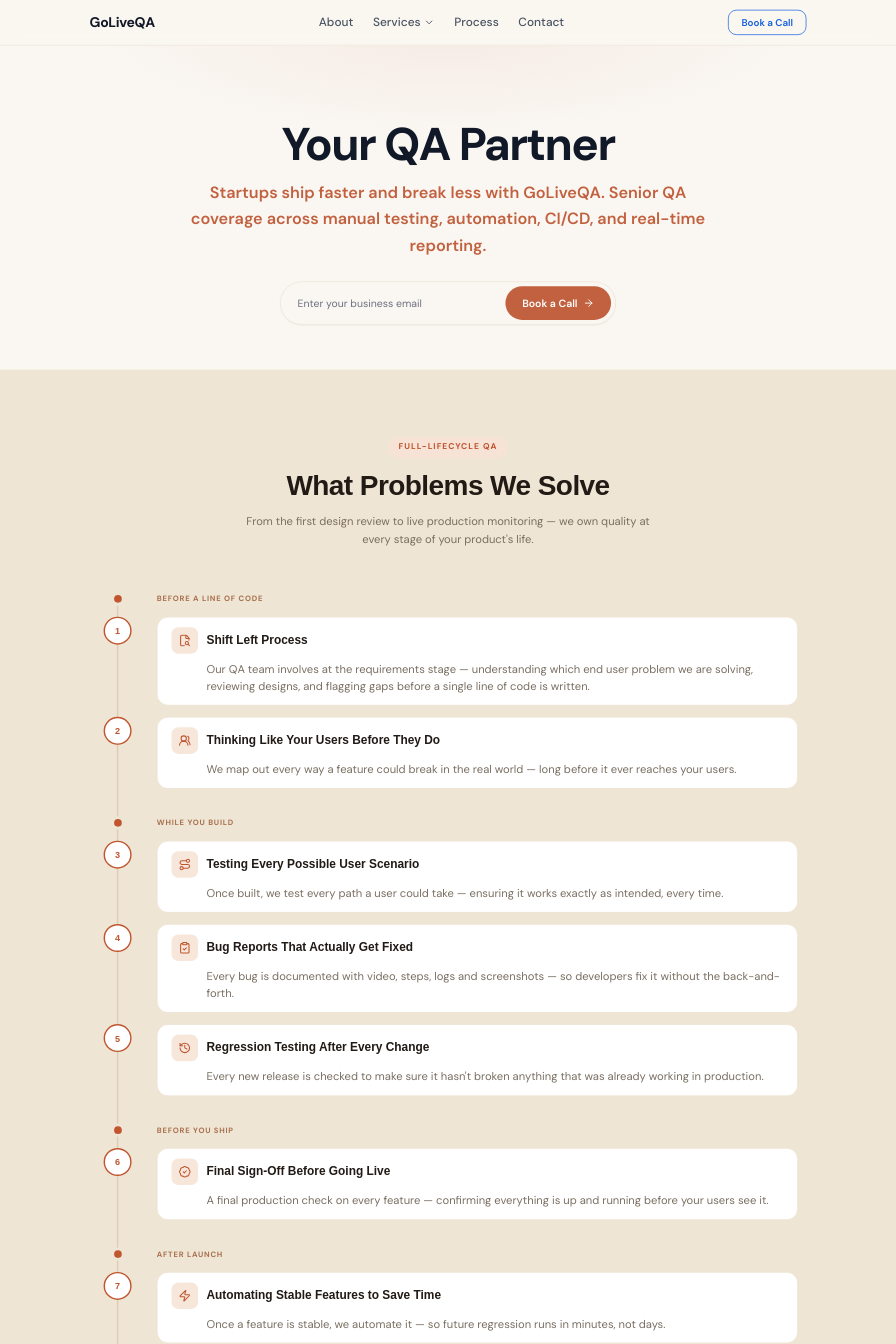
Repository: Monika281992/GoLiveQA
Page: /
The author's editor kept a copy of each file at every save. The page is drawn from the files as they stood at one save, then again after the next save.
The browser window is 1280 px wide. The pictures show the part of the page from y = 0 to 1920 px (the page is 4563 px tall), at 70% of full size.
The project was rebuilt for these pictures with package versions that can differ from the ones it lists, and the page was loaded fresh each time. The framework's server and built-in components were replaced by stand-ins that run in the browser. Also part of the build but not shown: next.config.mjs.

Above is the page before, as saved 2026-06-27 14:23:38.

After the next save:
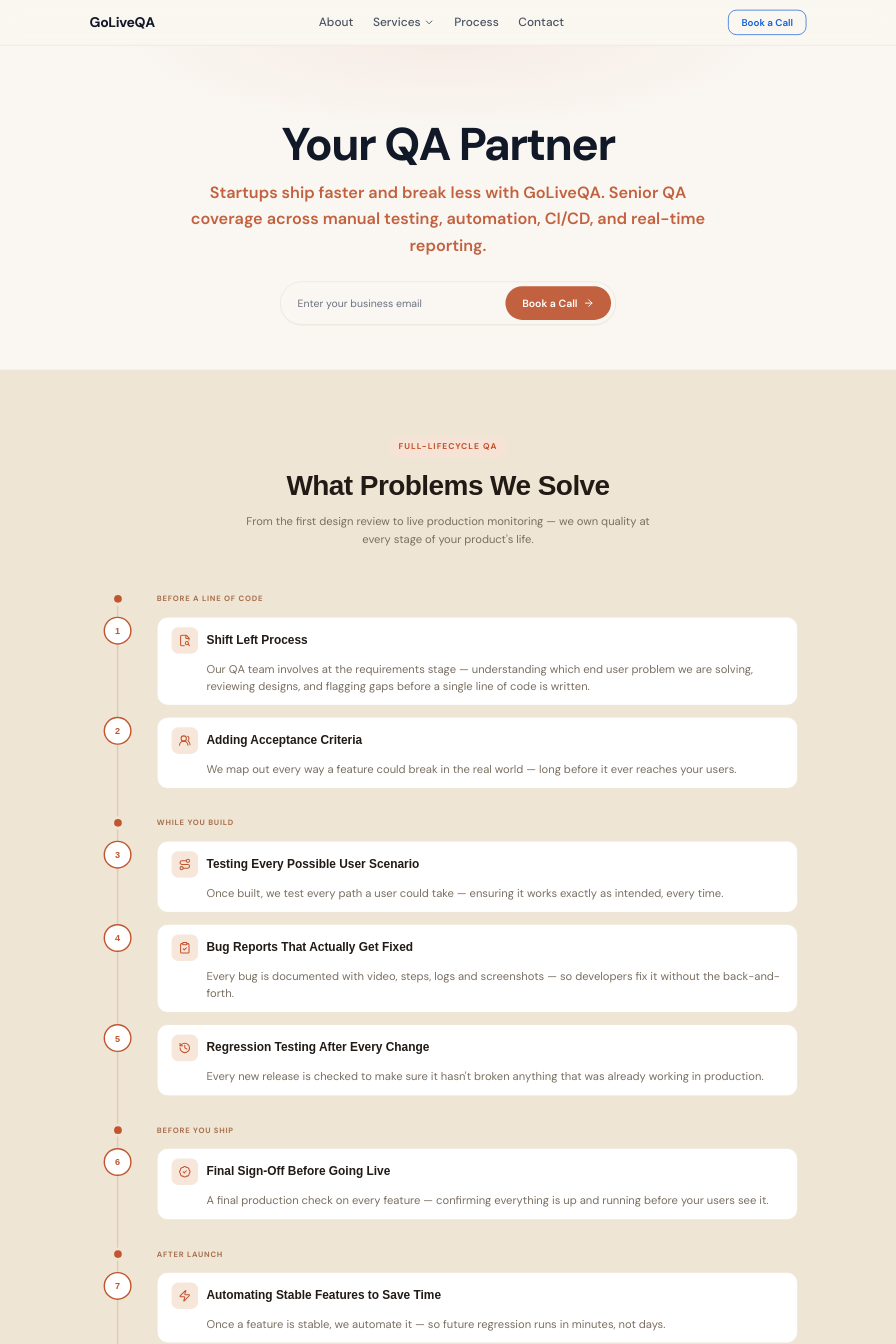
Saved 71 s later.
--- a/components/ProblemsWeSolve.jsx
+++ b/components/ProblemsWeSolve.jsx
@@ -41,7 +41,7 @@
       },
       {
         n: 2, Icon: UsersRound,
-        title: "Thinking Like Your Users Before They Do",
+        title: "Adding Acceptance Criteria",
         desc:  "We map out every way a feature could break in the real world — long before it ever reaches your users.",
         dark: false,
       },
